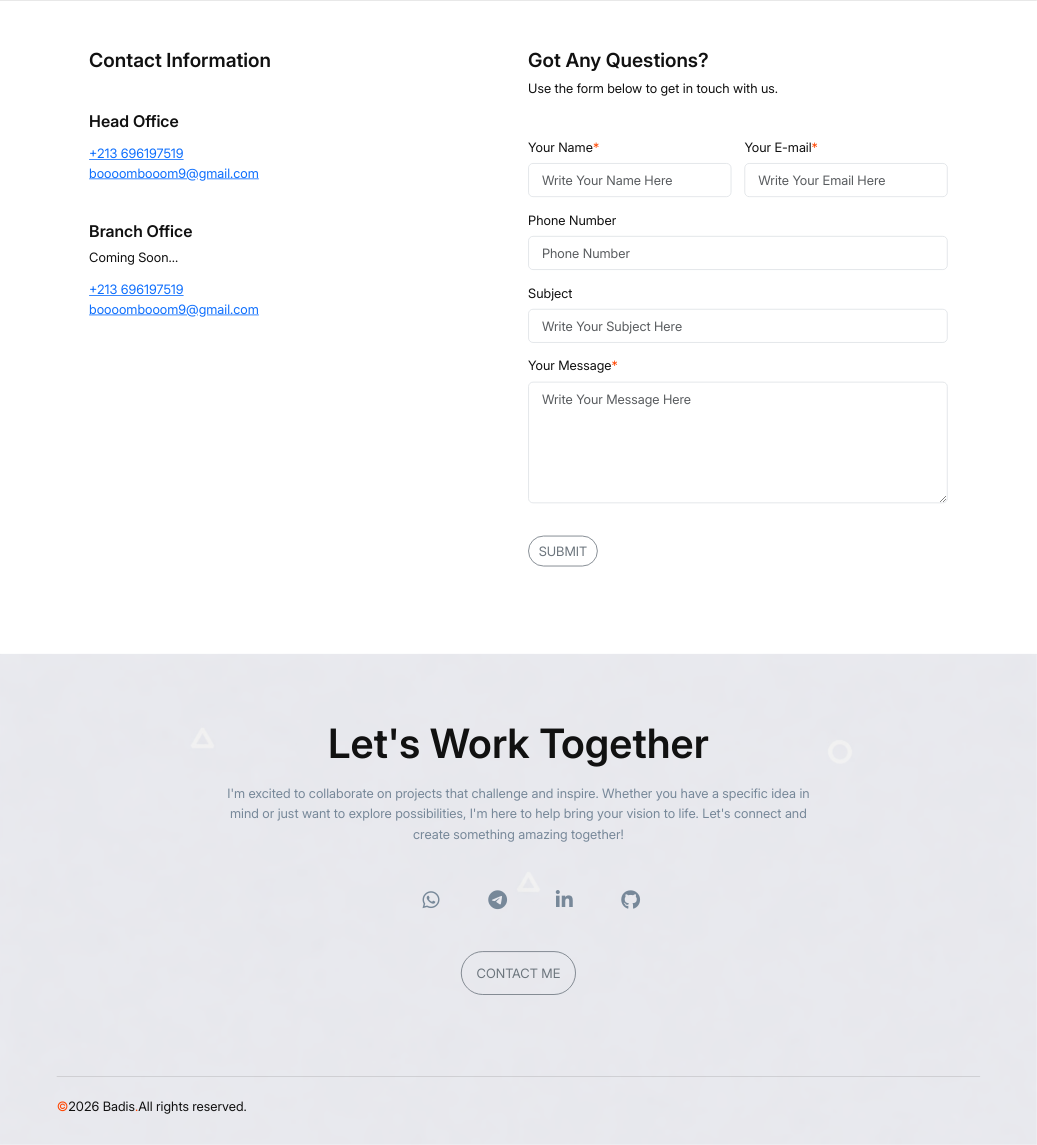
Repository: Badi-77/Portfolio
Page: Contact.html
An editor plug-in stored every save of this project. The page is shown before and after the next save, followed by the edit.
The browser window is 1280 px wide. The pictures show the part of the page from y = 504 to 1917 px (the page is 1917 px tall), at 81% of full size.

Above is the page before, as saved 2026-02-17 20:39:22.

After the next save:
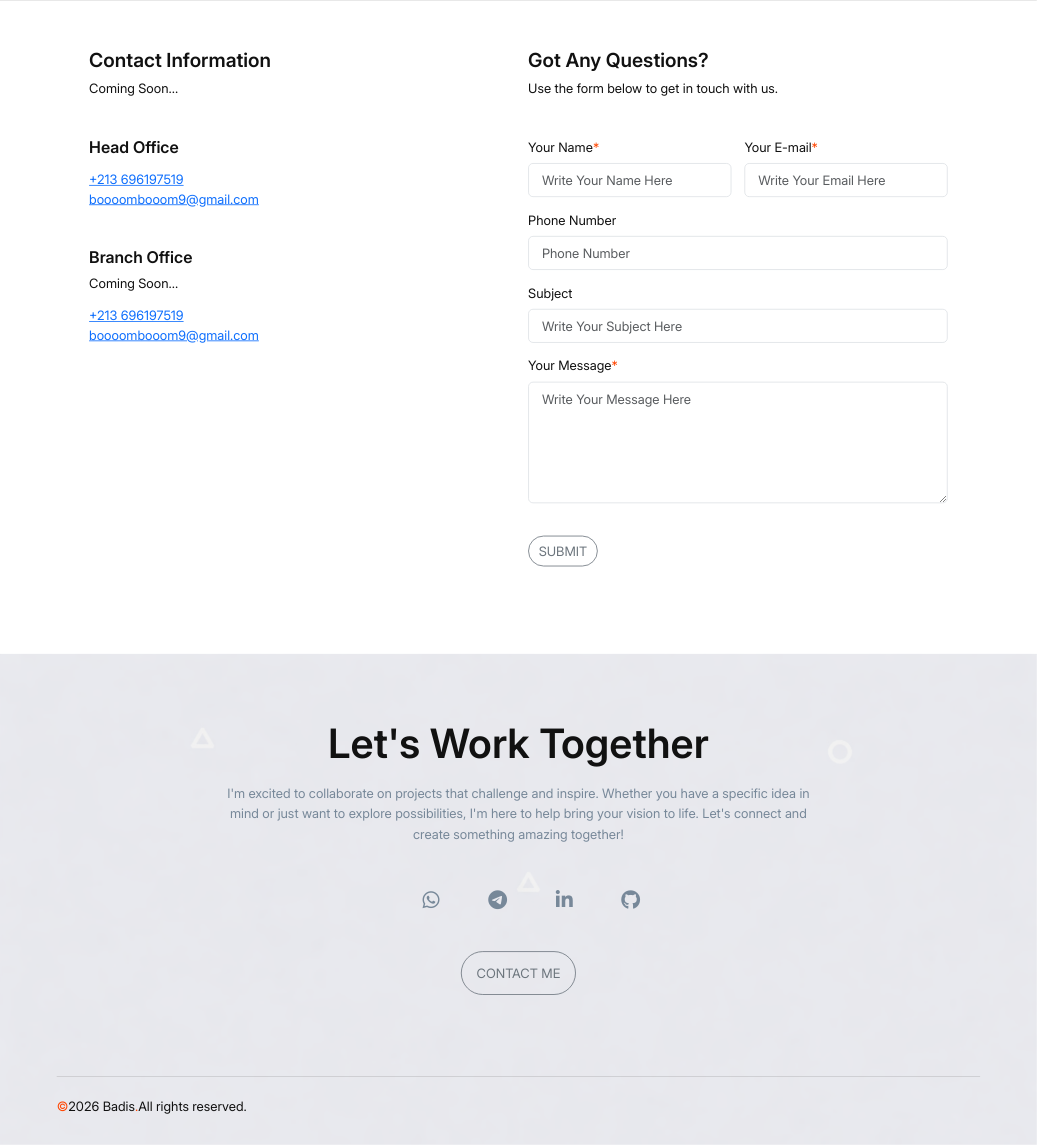
Saved 12 s later.
--- a/Contact.html
+++ b/Contact.html
@@ -131,7 +131,7 @@
         </div>
         <div class="contact-info col-lg-6 mb-5">
           <h4 class="fw-bold">Contact Information</h4>
-          <p></p>
+          <p>Coming Soon...</p>
           <div class="page-content">
             <div class="col-md-6">
               <div class="content-box my-5">

After the save that followed:
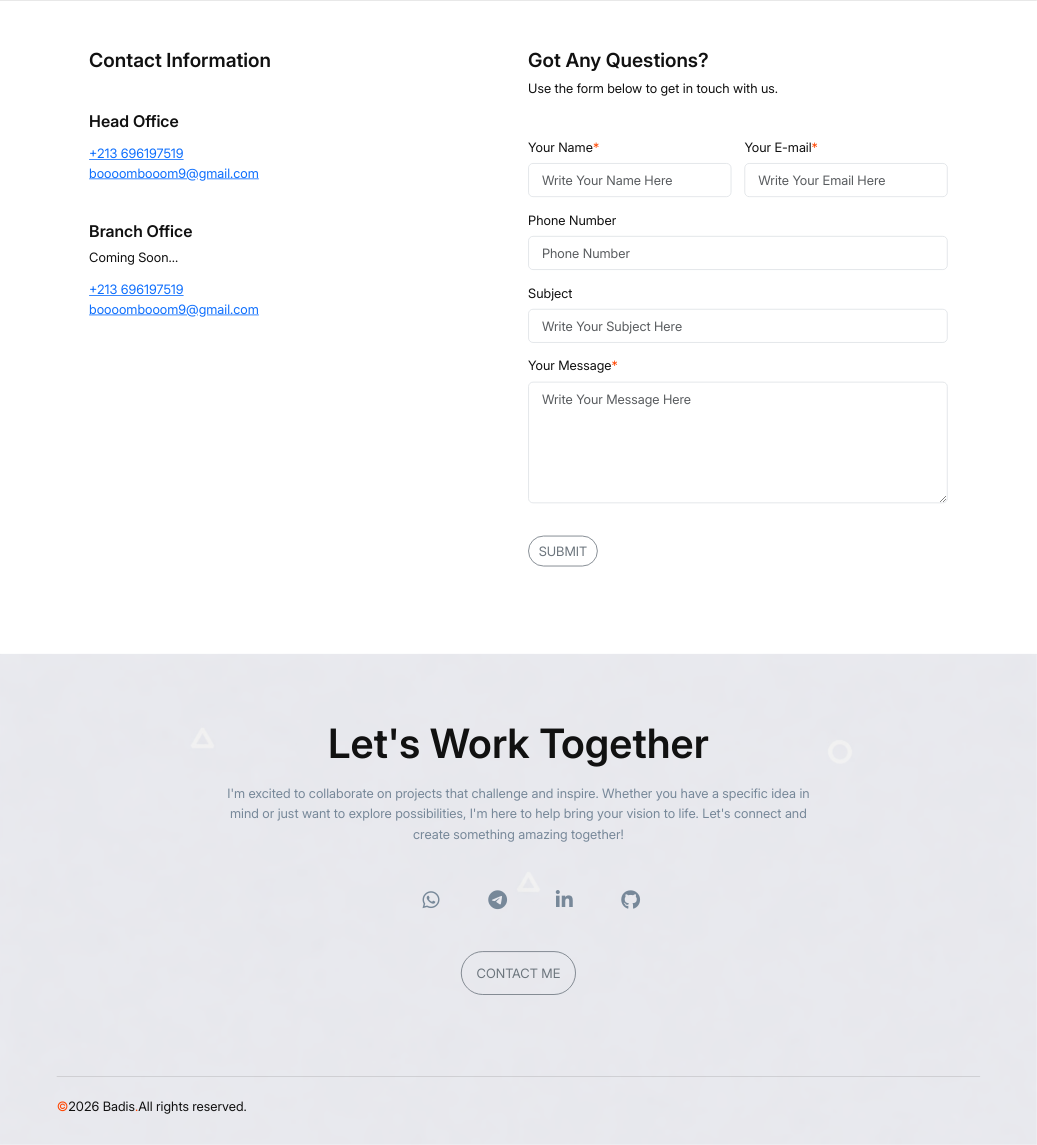
Saved 34 s later.
--- a/Contact.html
+++ b/Contact.html
@@ -131,7 +131,7 @@
         </div>
         <div class="contact-info col-lg-6 mb-5">
           <h4 class="fw-bold">Contact Information</h4>
-          <p>Coming Soon...</p>
+          <p></p>
           <div class="page-content">
             <div class="col-md-6">
               <div class="content-box my-5">
